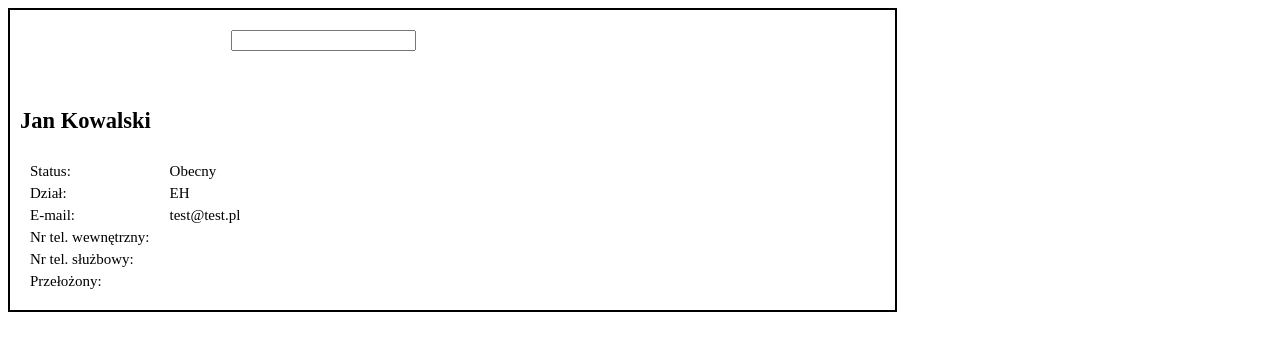
Repository: emdes515/EHpanel
Page: html/dashboardObecnosc.html
An editor plug-in stored every save of this project. The page is shown before and after the next save, followed by the edit.
The browser window is 1280 px wide. The pictures show the whole page.

Above is the page before, as saved 2024-04-22 11:35:09.
Console error: ReferenceError: $ is not defined

### html/dashboardObecnosc.html
<style>
		.main {
			width: 70%;
			height: 40%;
			border: 2px solid black;
			display: flex;
			flex-direction: column;
			font-size: 15px;
			max-width: 1000px;
			min-height: 300px;
			overflow: auto;
		}

		.inputContainer {
			margin: 20px;
			align-self: center;
			width: 50%;
			height: 10%;
		}

		.info {
			margin: 10px;
		}

		.infoWrapper{
			display: grid;
			grid-template-columns: auto 1fr;
			align-self: flex-start;
		}

		.infoWrapper div {
			margin: 5px;
						align-self: flex-start;
		}

		@media (max-width: 700px) {
			.inputContainer {
				width: 90%;
			}
		}
	}
</style>

<div class="main">
	<div class="inputContainer">
		<input
			id="dashboardObecnoscInput"
			name="dashboardObecnoscInput" />
	</div>

	<div class="info">
		<div>
			<h2>Jan Kowalski</h2>
		</div>
		<div class="infoWrapper">
			<div>
				<div><span class="fw-bold text-primary">Status: </span></div>
				<div><span class="fw-bold text-primary">Dział: </span></div>
				<div><span class="fw-bold text-primary">E-mail: </span></div>
				<div>
					<span class="fw-bold text-primary">Nr tel. wewnętrzny: </span>
				</div>
				<div>
					<span class="fw-bold text-primary">Nr tel. służbowy: </span>
				</div>
				<div>
					<span class="fw-bold text-primary">Przełożony: </span>
				</div>
			</div>
			<div>
				<div>Obecny</div>
				<div>EH</div>
				<div>test@test.pl</div>
			</div>
		</div>
	</div>

	<script
		type="text/javascript"
		src="js/dashboardObecnosc.js"></script>
</div>

### js/dashboardObecnosc.js
$(document).ready(function () {
	const pracownicy = ['a', 'b', 'c'];

	const pracownicyNieobecnii_Zdalnie = $('#dashboardObecnoscInput').jqxInput({
		placeHolder: 'Wprowadź dane pracownika',
		height: '100%',
		width: '100%',
		minLength: 1,
		searchMode: 'startswithignorecase',
		source: pracownicy,
	});

	const url = 'https://api.elgor.com.pl/login';
	const apikey =
		'f000983f7ccf9d50418948aeb3eef18484fb354824ca383c64823bd7db18c41b82b90434b9ab30e4f310701d749fa158569573b16a13cbd15fd0b853af04ed77';

	fetch(url, {
		method: 'GET',
		headers: {
			Accept: 'application/json',
			apikey: apikey,
		},
	})
		.then((response) => response.json())
		.then((data) => console.log(data));
});

After the next save:
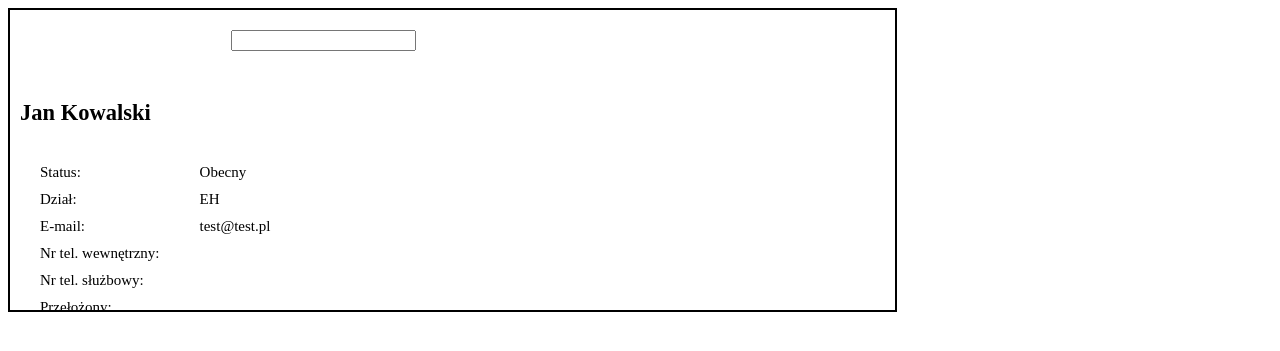
Saved 23 s later.
--- a/html/dashboardObecnosc.html
+++ b/html/dashboardObecnosc.html
@@ -29,8 +29,8 @@
 		}
 
 		.infoWrapper div {
-			margin: 5px;
-						align-self: flex-start;
+			margin: 10px;
+			align-self: flex-start;
 		}
 
 		@media (max-width: 700px) {
